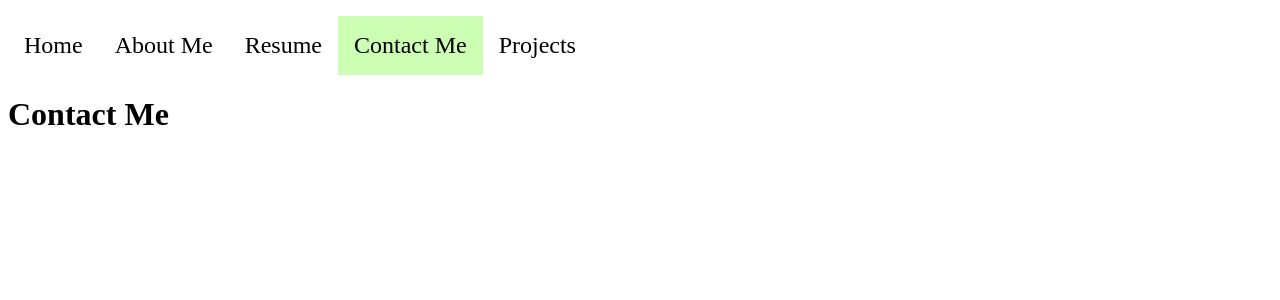
Repository: meganclapinski/meganclapinski.github.io
Page: contactme.html
The author's editor kept a record of every edit. The page is drawn from the files as they stood at one moment, then again after the next edit.
The browser window is 1280 px wide. The pictures show the whole page.

Above is the page before.

After the next edit:
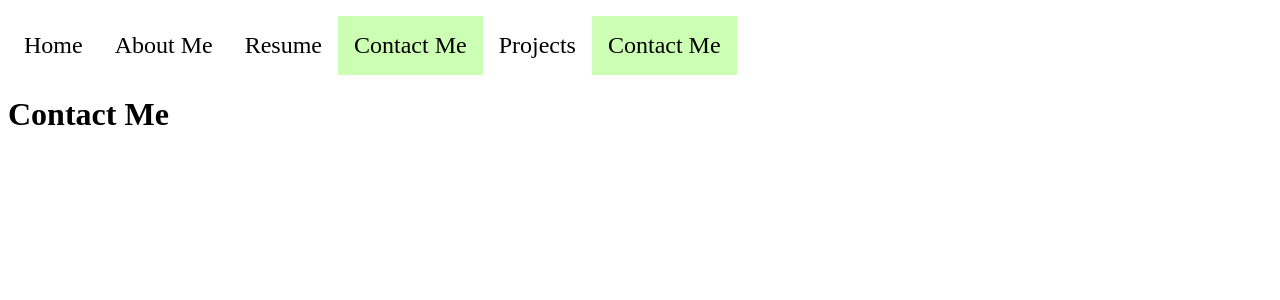
The edit:
--- a/contactme.html
+++ b/contactme.html
@@ -22,7 +22,7 @@
 
 
                   </ul>
-
+                 <li class="active"> <a href="contactme.html">Contact Me</a></li>
             </li>
 
         </ul>
